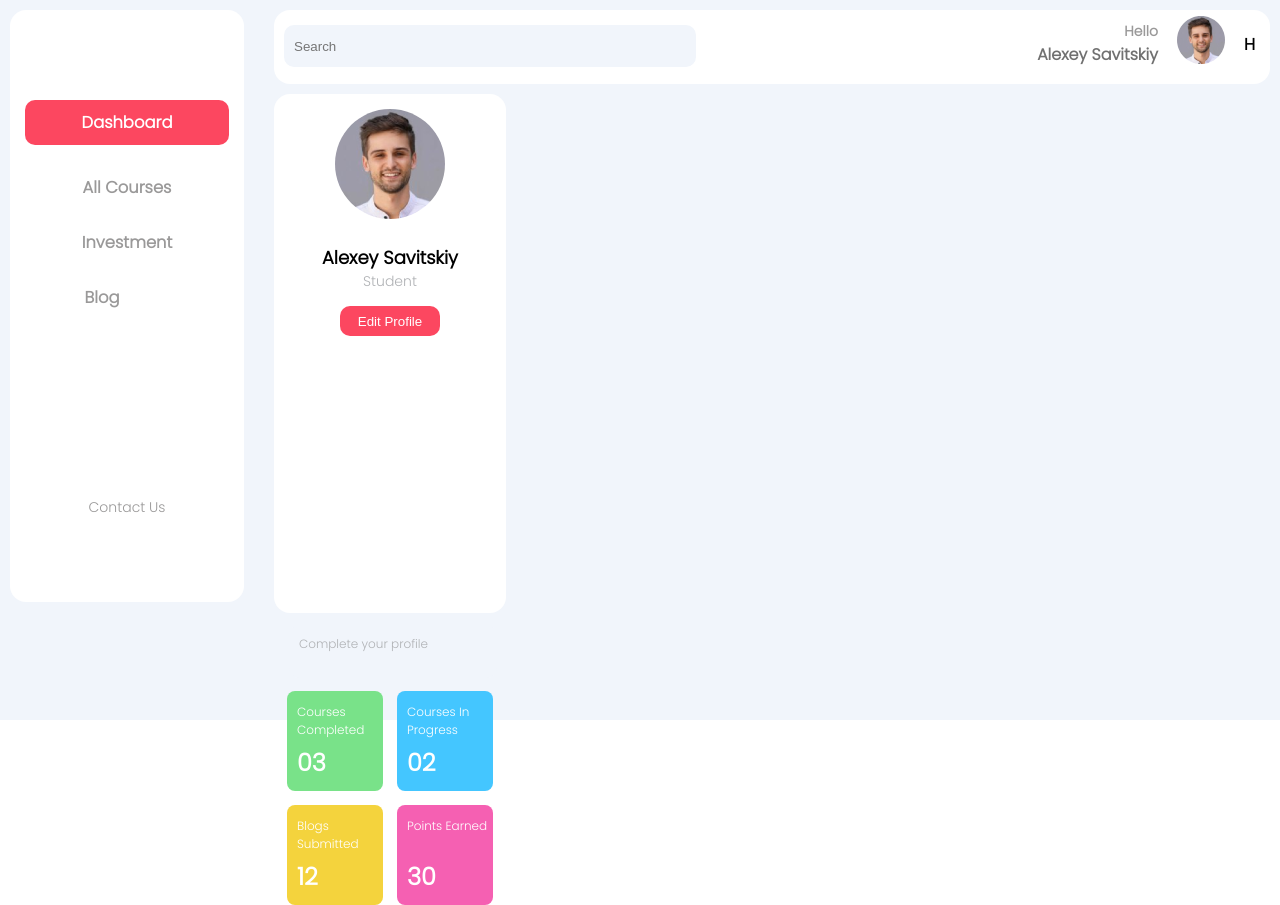
Repository: Anuruddha00/dashboard-design
Page: /
These files come from the project's save history. The page is drawn as it stood at one moment and after the next save; the edit follows.
The browser window is 1280 px wide. The pictures show the whole page.
The project was rebuilt for these pictures with package versions that can differ from the ones it lists, and the page was loaded fresh each time.

Above is the page before, as saved 2021-05-07 14:32:40.

### public/index.html
<!DOCTYPE html>
<html lang="en">
  <head>
    <meta charset="utf-8" />
    <link rel="icon" href="%PUBLIC_URL%/favicon.ico" />
    <meta name="viewport" content="width=device-width, initial-scale=1" />
    <meta name="theme-color" content="#000000" />
    <meta
      name="description"
      content="Web site created using create-react-app"
    />
    <link rel="apple-touch-icon" href="%PUBLIC_URL%/logo192.png" />

    <link rel="preconnect" href="https://fonts.gstatic.com">
    <link href="https://fonts.googleapis.com/css2?family=Poppins:wght@300&display=swap" rel="stylesheet">

    <!--
      manifest.json provides metadata used when your web app is installed on a
      user's mobile device or desktop. See https://developers.google.com/web/fundamentals/web-app-manifest/
    -->
    <link rel="manifest" href="%PUBLIC_URL%/manifest.json" />
    <!--
      Notice the use of %PUBLIC_URL% in the tags above.
      It will be replaced with the URL of the `public` folder during the build.
      Only files inside the `public` folder can be referenced from the HTML.

      Unlike "/favicon.ico" or "favicon.ico", "%PUBLIC_URL%/favicon.ico" will
      work correctly both with client-side routing and a non-root public URL.
      Learn how to configure a non-root public URL by running `npm run build`.
    -->
    <title>React App</title>
  </head>
  <body>
    <noscript>You need to enable JavaScript to run this app.</noscript>
    <div id="root"></div>
    <!--
      This HTML file is a template.
      If you open it directly in the browser, you will see an empty page.

      You can add webfonts, meta tags, or analytics to this file.
      The build step will place the bundled scripts into the <body> tag.

      To begin the development, run `npm start` or `yarn start`.
      To create a production bundle, use `npm run build` or `yarn build`.
    -->
  </body>
</html>

### src/index.js
import React from 'react';
import ReactDOM from 'react-dom';
import Dashboard from './containers/Dashboard/Dashboard';
import reportWebVitals from './reportWebVitals';

ReactDOM.render(
  <React.StrictMode>
    <Dashboard />
  </React.StrictMode>,
  document.getElementById('root')
);

// If you want to start measuring performance in your app, pass a function
// to log results (for example: reportWebVitals(console.log))
// or send to an analytics endpoint. Learn more: https://bit.ly/CRA-vitals
reportWebVitals();

### src/containers/Dashboard/Dashboard.js
import React from 'react';
import './Dashboard.scss';

const dashboard = () =>{

    return(
        <div className='container'>
            <div className='dashboard'>
                <div className='dashboardSideBar'>
                   <div className='dashboardSideBarTitle'>
                        <h3 className='dashboardSideBarTitleDashboard'>Dashboard</h3>
                        <h3 className='dashboardSideBarTitleCourses'>All Courses</h3>
                        <h3 className='dashboardSideBarTitleInvestment'>Investment</h3>
                        <h3 className='dashboardSideBarTitleBlog'>Blog</h3>
                   </div>
                   <div className='dashboardSideBarContact'>
                        <p>Contact Us</p>
                   </div>
                </div>
                <div className='dashboardMenu'>
                    <section className='content'>
                        <nav className='contentNavbar'>
                            <div className='contentNavbarSearch'>
                                <form>
                                    <input type='text' placeholder='Search'/>
                                </form>
                            </div>
                            <div className='contentNavbarProfile'>
                                <div className='contentNavbarProfileName'>
                                    <h3>Hello</h3>
                                    <h2>Alexey Savitskiy</h2>
                                </div>
                                <img src='./assets/Image 9.png'/>
                                <h1>H</h1>
                            </div>
                        </nav>
                        <div className='contentBody'>
                            <section className='details'>
                                <div className='detailsAbout'>
                                    <div className='detailsAboutProfile'>
                                        <img src='./assets/Image 12.png'/>
                                        <h3>Alexey Savitskiy</h3>
                                        <p>Student</p>
                                        <button>Edit Profile</button>
                                    </div>
                                    <div className='detailsAboutComplete'>
                                        <p>Complete your profile</p>
                                    </div>
                                    <div className='detailsAboutProgress'>
                                        <div className='detailsAboutProgressCompleted'>
                                            <p>Courses Completed</p>
                                            <h1>03</h1>
                                        </div>
                                        <div className='detailsAboutProgressContinue'>
                                            <p>Courses In Progress</p>
                                            <h1>02</h1>
                                        </div>
                                        <div className='detailsAboutProgressBlogs'>
                                            <p>Blogs Submitted</p>
                                            <h1>12</h1>
                                        </div>
                                        <div className='detailsAboutProgressPoints'>
                                            <p>Points Earned</p>
                                            <h1>30</h1>
                                        </div>
                                    </div>
                                </div>
                            </section>
                        </div>
                   </section>
                </div>
            </div>
        </div>
    )

}
export default dashboard;

### src/containers/Dashboard/Dashboard.scss

body{
    margin: 0;
    padding: 0;
    font-size: 0.875rem;
    font-family: 'Poppins', sans-serif;

}

.container{
    background: #f1f5fb;
    height: 100vh;

    .dashboard{
        display: grid;
        grid-template-columns: 1fr 4fr;
        gap:10px;
        grid-auto-rows: minmax(100px, auto);

        &SideBar{
            grid-column: 1;
            grid-row: 1 / 5;
            padding-bottom: 70px;
            border-radius: 16px;
            background: #ffffff;
            margin: 10px;

            &Title{
                margin-top: 90px;
                font-size: 14px;

                &Dashboard{
                    background:#fc4760;
                    border-radius: 10px;
                    text-align: center;
                    padding: 10px 10px 10px 10px;
                    margin: 10px 15px 10px 15px;
                    color: #ffffff;

                }
                &Courses{
                    text-align: center;
                    margin-top: 30px;
                    color: #9a9999;
                }
                &Investment{
                    text-align: center;
                    margin-top: 30px;
                    color: #9a9999;
                }
                &Blog{
                    text-align: center;
                    margin-top: 30px;
                    margin-right: 50px;
                    color: #9a9999;
                }
            }
            &Contact{
                margin-top: 80%;

                p{
                    text-align: center;
                    color: #9a9999;
                    font-size: 14px;
                }

            }
        }
        &Menu{
            // border: 1px solid red;
            grid-column: 2;
            grid-row: 1 / 6;
            margin: 10px;

            .content{
                display: grid;
                grid-template-rows:1fr 7fr ;
                gap:10px;

                &Navbar{
                    display: grid;
                    grid-template-columns: 1fr 1fr;
                    background: #ffffff;
                    border-radius: 16px;

                    &Search{

                        input{
                            background: #f1f5fb;
                            border-style: none;
                            padding-left: 10px;
                            width: 400px;
                            height: 40px;
                            margin: 15px 0 0 10px;
                            border-radius: 10px;

                        }
                    }
                    &Profile{
                        display: flex;
                        flex-direction: row;
                        justify-content: flex-end;
                        gap: 1em;
                        margin-right: 15px;
                        align-items: center;
                        height: 68px;

                        &Name{
                            text-align: end;
                            margin-top: 0;

                            h3{
                                color: #9a9999;
                                margin: 0;
                                font-size: 14px;
                            }
                            h2{
                                margin: 0;
                                font-size: 16px;
                                color: #707070;
                            }
                        }
                    }
                }
                &Body{
                    display: grid;
                    grid-template-columns: 2fr 4fr 3fr;


                    .details{
                        border-radius: 16px;
                        background: #ffffff;


                        &About{
                            height: 70vh;

                            &Profile{
                                text-align: center;
                                margin-top: 15px;
                                height: 70vh;

                                h3{
                                    font-size: 18px;
                                    margin: 0;
                                }
                                p{
                                    color: #b0b2b5;
                                    margin-top: 0;
                                }
                                button{
                                    border-style: none;
                                    border-radius: 10px;
                                    width: 100px;
                                    height: 30px;
                                    color: #ffffff;
                                    background: #fc4760;

                                }
                            }
                            &Complete{
                                background: #f1f5fb;
                                border-radius: 10px;
                                color: #b0b2b5;
                                height: 53px;
                                width: 208px;
                                font-size: 12px;
                                margin-left: 15px;

                                p{
                                    padding-left: 10px;
                                    padding-top: 10px;
                                }
                            }
                            &Progress{
                                display: grid;
                                grid-template-columns: 1fr 1fr;
                                margin: 13px;
                                gap: 1em;
                                color: #ffffff;

                                p{
                                    font-size: 12px;
                                    padding-left: 10px;
                                }


                                &Completed{
                                    background: #79e289;
                                    border-radius: 8px;
                                    width: 96px;
                                    height: 100px;
                                    position: relative;

                                    h1{
                                        font-size: 24px;
                                        position: absolute;
                                        left: 10px;
                                        top: 30px;
                                    }

                                }
                                &Continue{
                                    background:  #44c6ff;
                                    border-radius: 8px;
                                    width: 96px;
                                    height: 100px;
                                    position: relative;

                                    h1{
                                        font-size: 24px;
                                        position: absolute;
                                        left: 10px;
                                        top: 30px;
                                    }

                                }
                                &Blogs{
                                    background:  #f4d33d;
                                    border-radius: 8px;
                                    width: 96px;
                                    height: 100px;
                                    position: relative;

                                    h1{
                                        font-size: 24px;
                                        position: absolute;
                                        left: 10px;
                                        top: 30px;
                                    }
                                }
                                &Points{
                                    background: #f560b2;
                                    border-radius: 8px;
                                    width: 96px;
                                    height: 100px;
                                    position: relative;

                                    h1{
                                        font-size: 24px;
                                        position: absolute;
                                        left: 10px;
                                        top: 30px;
                                    }

                                }

                            }
                        }
                    }
                }
            }
        }
    }
}

Loaded but not shown: src/reportWebVitals.js (common file)

After the next save:
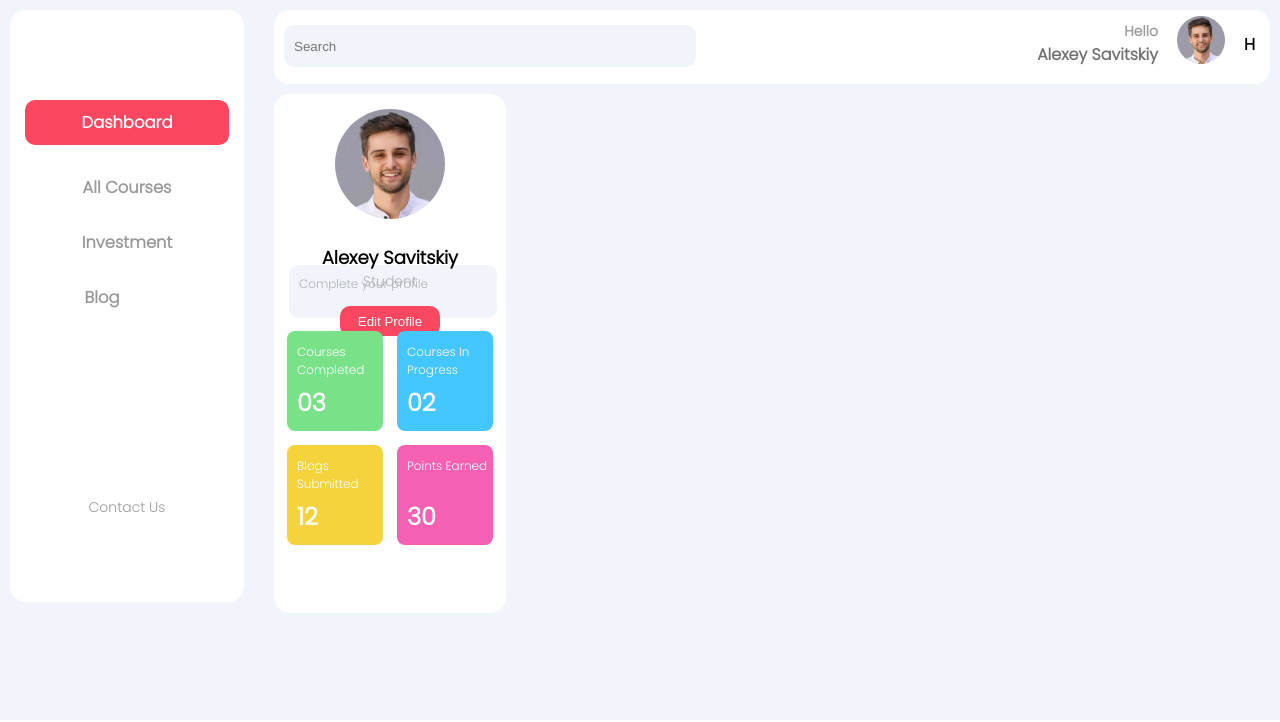
Saved 13 s later.
--- a/src/containers/Dashboard/Dashboard.scss
+++ b/src/containers/Dashboard/Dashboard.scss
@@ -138,7 +138,7 @@ body{
                             &Profile{
                                 text-align: center;
                                 margin-top: 15px;
-                                height: 70vh;
+                                height: 20vh;
 
                                 h3{
                                     font-size: 18px;
